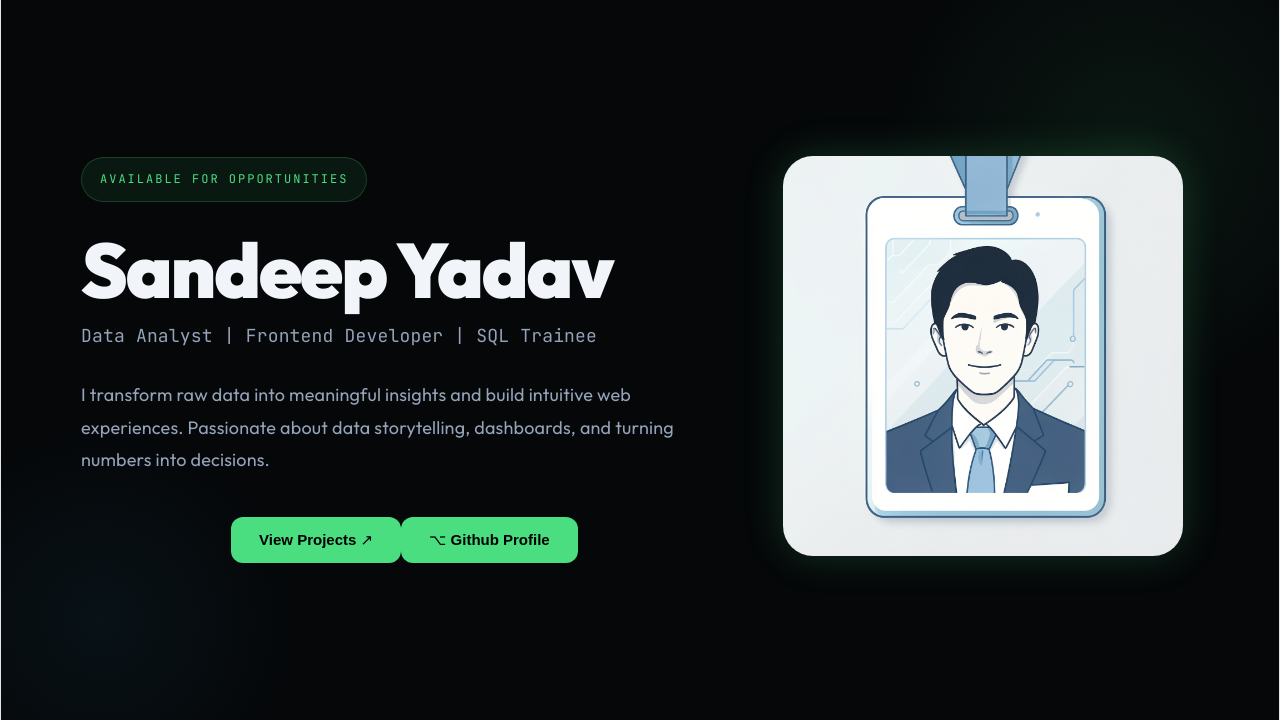
Repository: SandeepYadav18717/sandeepyadav
Page: / (app in Datanaltics_ portfolio/)
An editor plug-in stored every save of this project. The page is shown before and after the next save, followed by the edit.
The browser window is 1280 px wide. The pictures show the whole page.
The project was rebuilt for these pictures with package versions that can differ from the ones it lists, and the page was loaded fresh each time. Also part of the build but not shown: Datanaltics_ portfolio/vite.config.js, Datanaltics_ portfolio/src/App.css.

Above is the page before, as saved 2026-05-23 05:04:48.

After the next save:
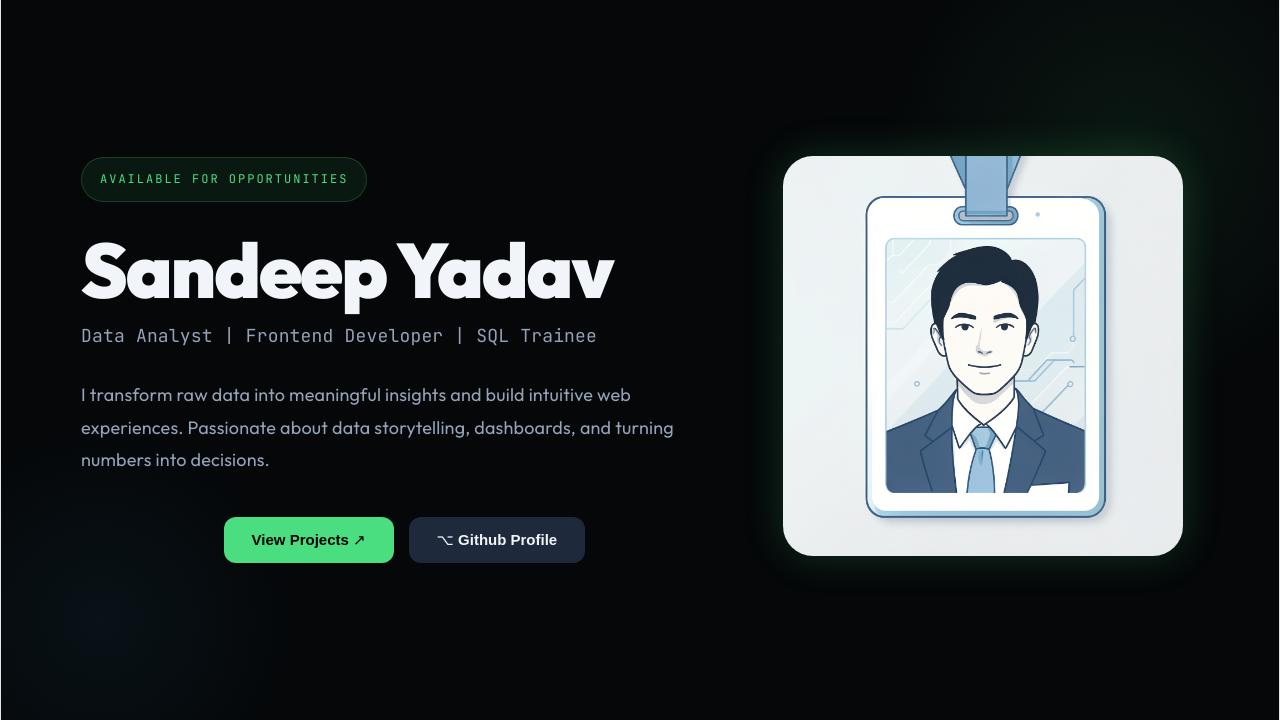
Saved 10 s later.
--- a/Datanaltics_ portfolio/src/Css/Main.css
+++ b/Datanaltics_ portfolio/src/Css/Main.css
@@ -148,7 +148,7 @@ button:hover {
     box-shadow: 0 10px 30px rgba(74, 222, 128, 0.3);
 }
 /* GITHUB BUTTON */
-.Github{
+#Github{
 
   background:#1e293b;
 
